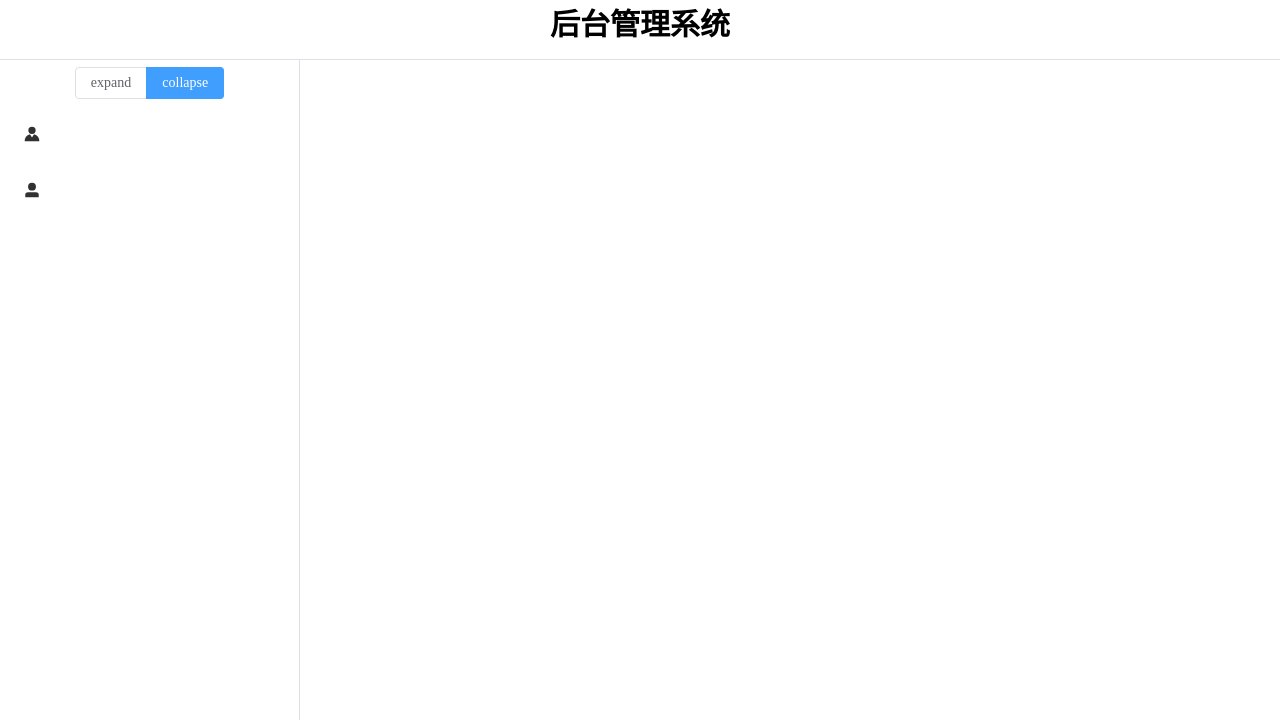
Repository: LdoIt/backstage-management-system
Page: /#/home (app in backstage-management-system-vue3/)
An editor plug-in stored every save of this project. The page is shown before and after the next save, followed by the edit.
The browser window is 1280 px wide. The pictures show the whole page.
The project was rebuilt for these pictures with package versions that can differ from the ones it lists, and the page was loaded fresh each time. Also part of the build but not shown: backstage-management-system-vue3/vue.config.js.

Above is the page before, as saved 2023-04-23 14:02:02.
Console error: TypeError: Cannot read properties of undefined (reading 'state')

After the next save:
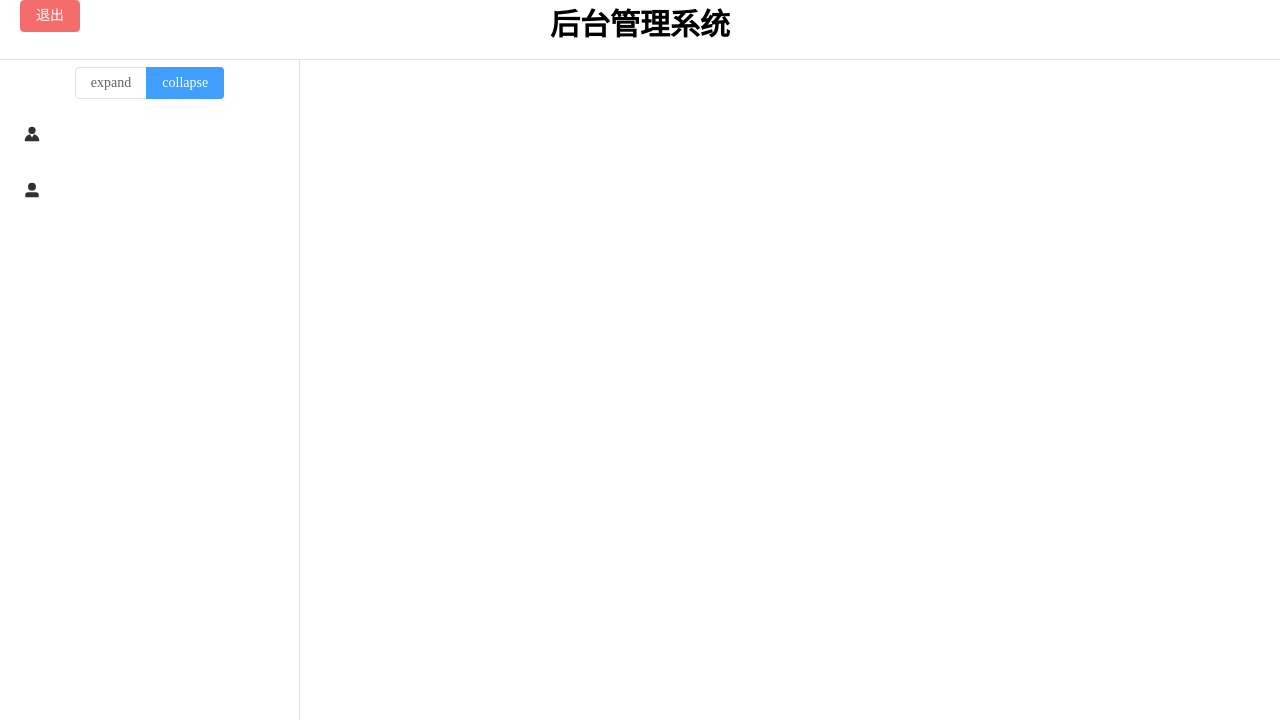
Saved 89 s later.
--- a/backstage-management-system-vue3/src/pages/Home.vue
+++ b/backstage-management-system-vue3/src/pages/Home.vue
@@ -3,7 +3,10 @@
 -->
 <template>
   <el-container>
-    <el-header><div class="title">后台管理系统</div></el-header>
+    <el-header>
+      <div class="title">后台管理系统</div>
+      <el-button type="danger">退出</el-button>
+    </el-header>
     <el-container>
       <el-aside>
         <!-- 左边菜单栏 -->
